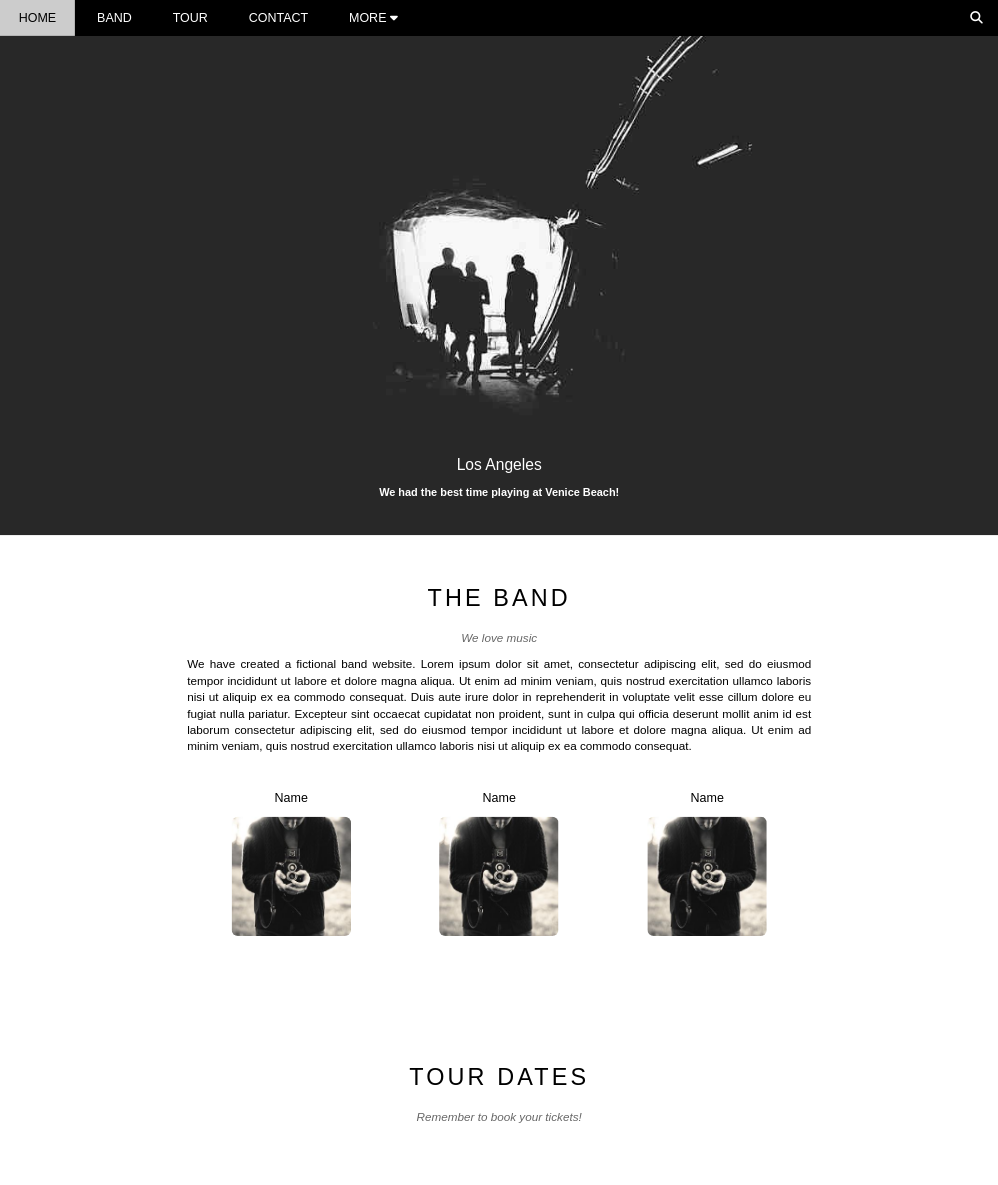
Repository: TranPhucThinh/clone-the-band
Page: index.html
These files come from the project's save history. The page is drawn as it stood at one moment and after the next save; the edit follows.
The browser window is 1280 px wide. The pictures show the whole page, at 78% of full size.
Some web libraries are served in a nearby version.

Above is the page before, as saved 2022-08-04 12:00:03.

After the next save:
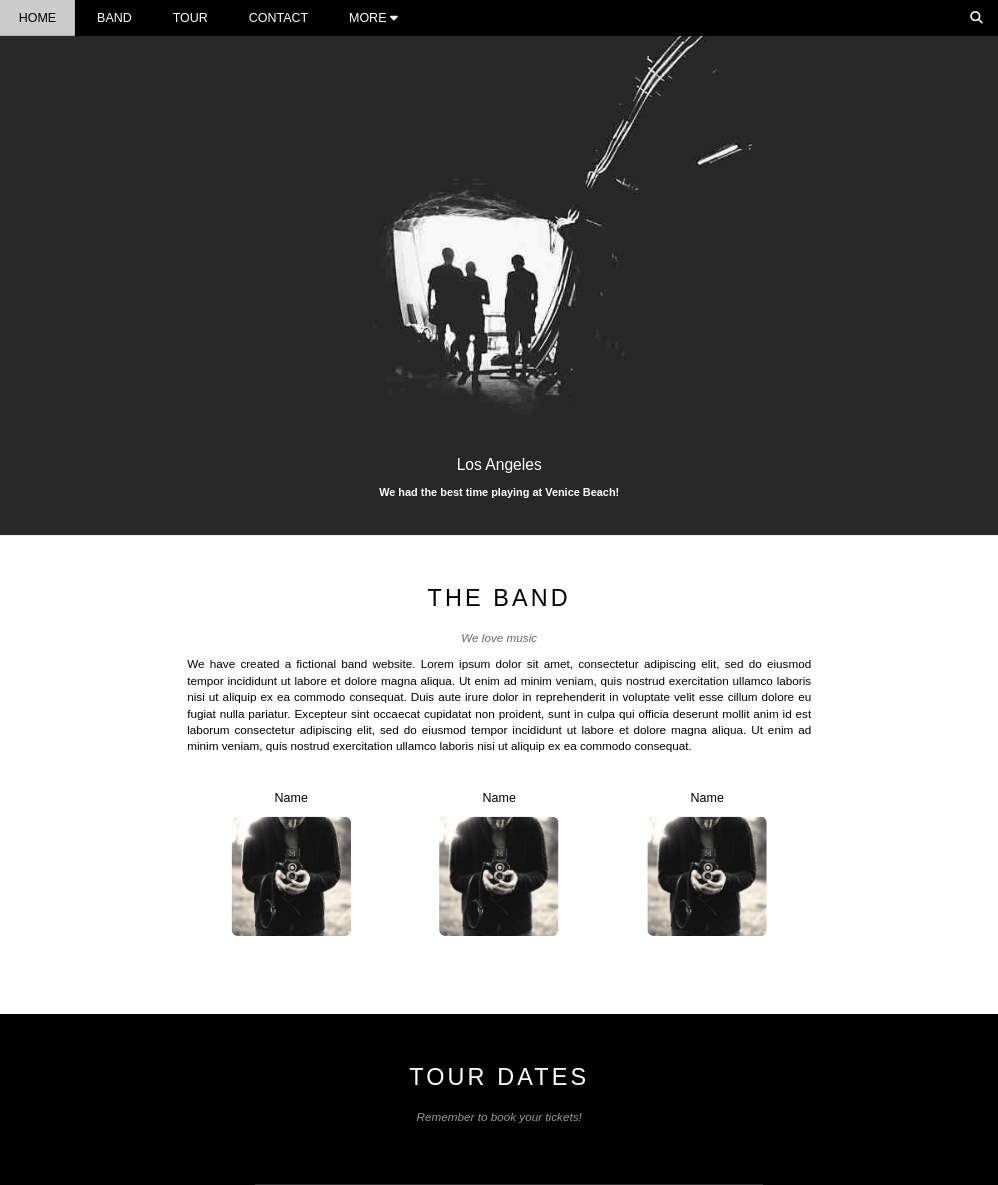
Saved 48 s later.
--- a/assets/style.css
+++ b/assets/style.css
@@ -164,3 +164,10 @@ html {
   border-radius: 8px;
 }
 /* End of About Section */
+
+/* Tour date Section */
+.tour-date {
+  background-color: #000;
+  color: #fff;
+}
+/* End of Tour date Section */
